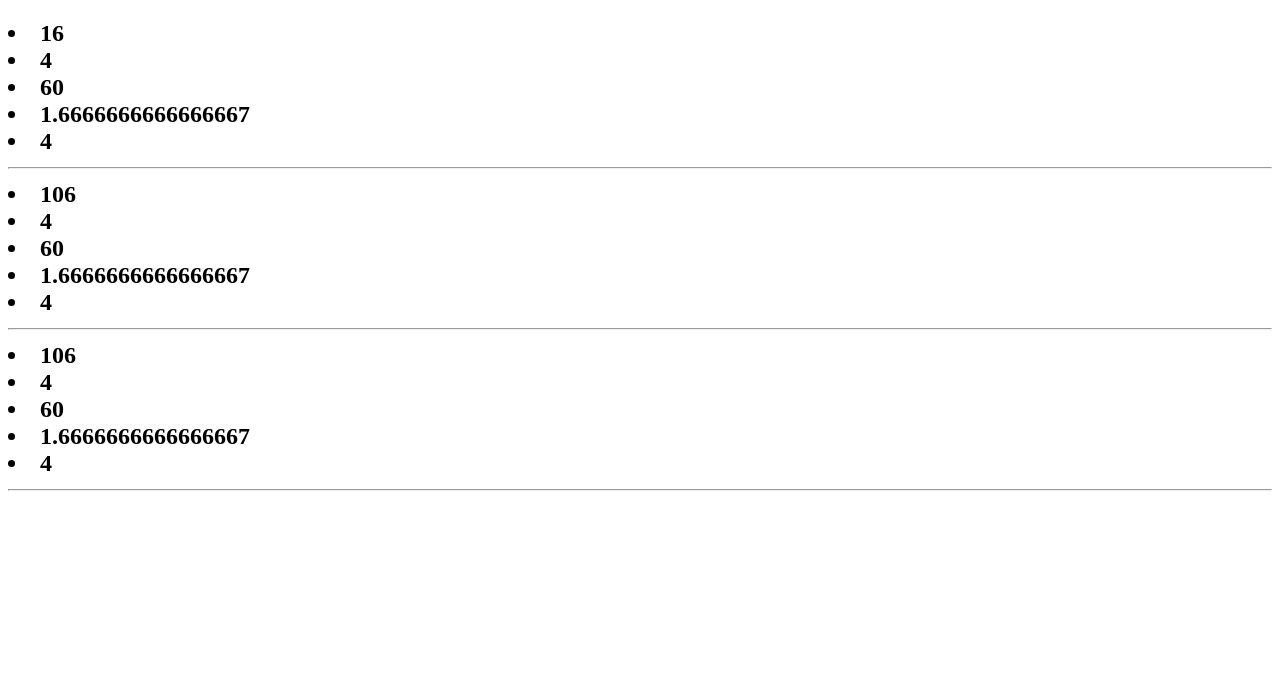
Repository: shinsil0601/webstudy
Page: 03_JavaScript/src/main/webapp/day03/ex01_Number.html
These files come from the project's save history. The page is drawn as it stood at one moment and after the next save; the edit follows.
The browser window is 1280 px wide. The pictures show the whole page.

Above is the page before, as saved 2023-06-29 01:15:45.

After the next save:
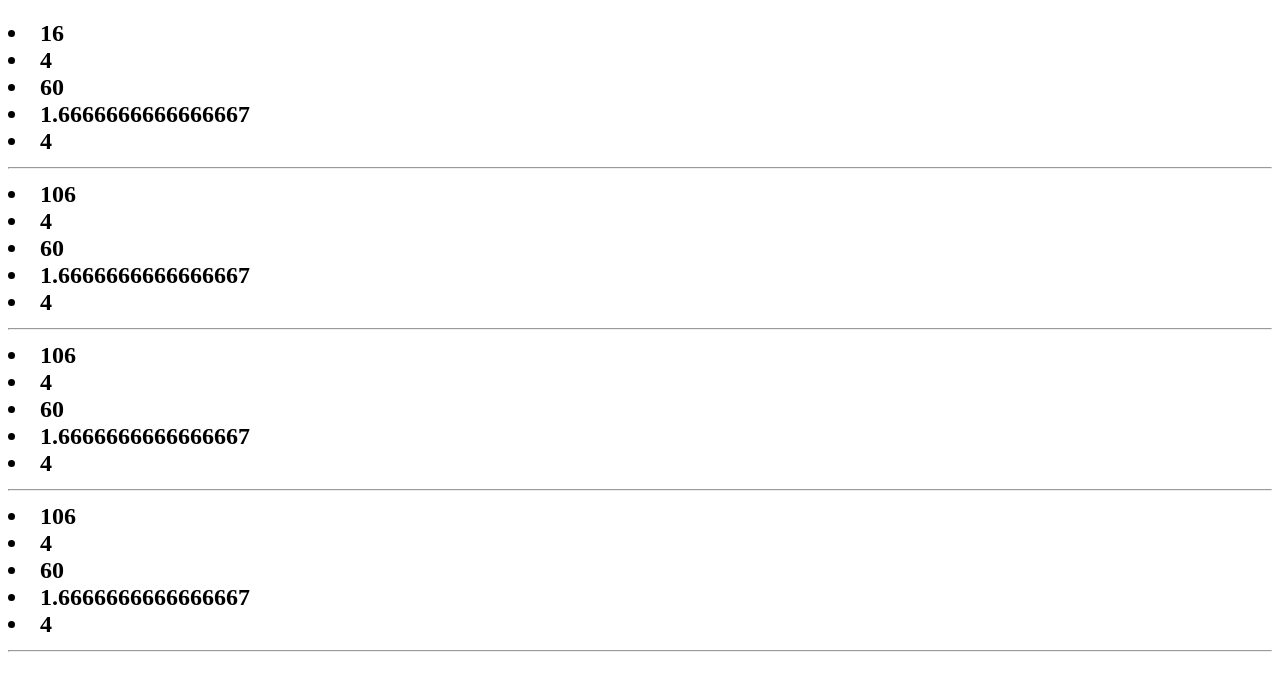
Saved 21 s later.
--- a/03_JavaScript/src/main/webapp/day03/ex01_Number.html
+++ b/03_JavaScript/src/main/webapp/day03/ex01_Number.html
@@ -12,6 +12,15 @@
 	document.write("<li>"+(s1*s2)+"</li>");
 	document.write("<li>"+(s1/s2)+"</li>");
 	document.write("<li>"+(s1%s2)+"</li>");
+	document.write("<hr>");
+
+	s1 = "10";
+	s2 = "6";
+	document.write("<li>"+(s1+s2)+"</li>"); // 계산X, 문자 연결자
+	document.write("<li>"+(s1-s2)+"</li>"); // 계산가능
+	document.write("<li>"+(s1*s2)+"</li>"); // 계산가능
+	document.write("<li>"+(s1/s2)+"</li>"); // 계산가능
+	document.write("<li>"+(s1%s2)+"</li>"); // 계산가능
 	document.write("<hr>");
 
 	s1 = 10;
